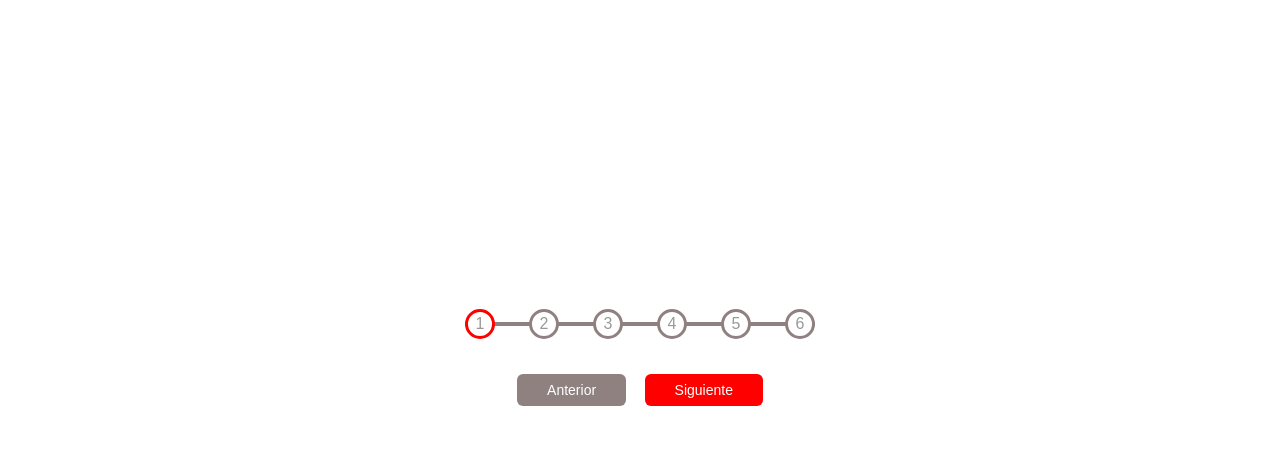
Repository: ElideZavala/Linea-de-tiempo
Page: index.html
The author's editor kept a copy of each file at every save. The page is drawn from the files as they stood at one save, then again after the next save.
The browser window is 1280 px wide. The pictures show the whole page.
Some web fonts or font styles are not loaded; a fallback is used.

Above is the page before, as saved 2021-05-28 08:54:40.

After the next save:
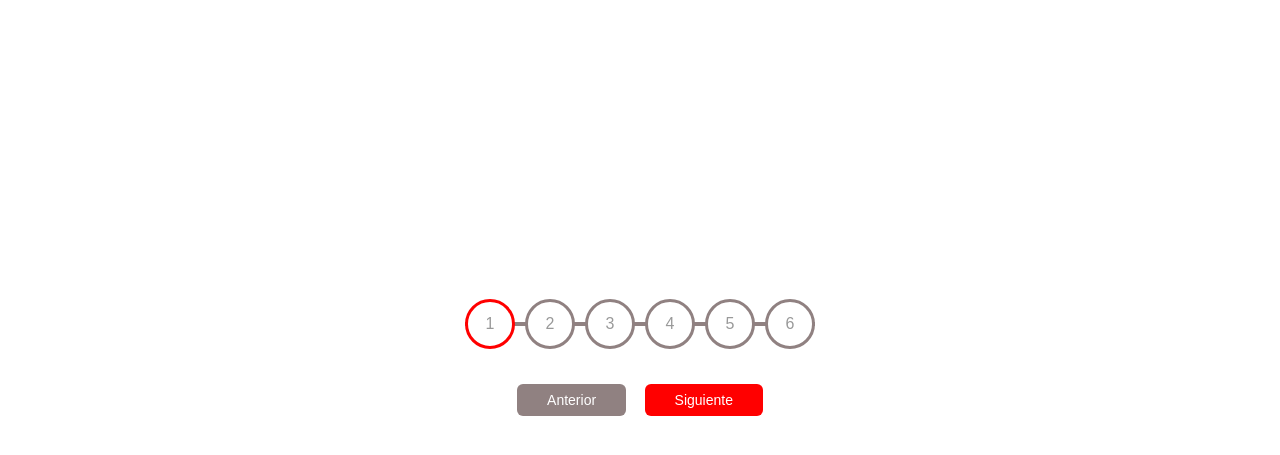
Saved 36 s later.
--- a/style.css
+++ b/style.css
@@ -64,8 +64,8 @@
 	background-color: #fff;
 	color: #999;
 	border-radius: 50%;
-	height: 30px;
-	width: 30px;
+	height: 50px;
+	width: 50px;
 	display: flex;
 	align-items: center;
 	justify-content: center;

After the save that followed:
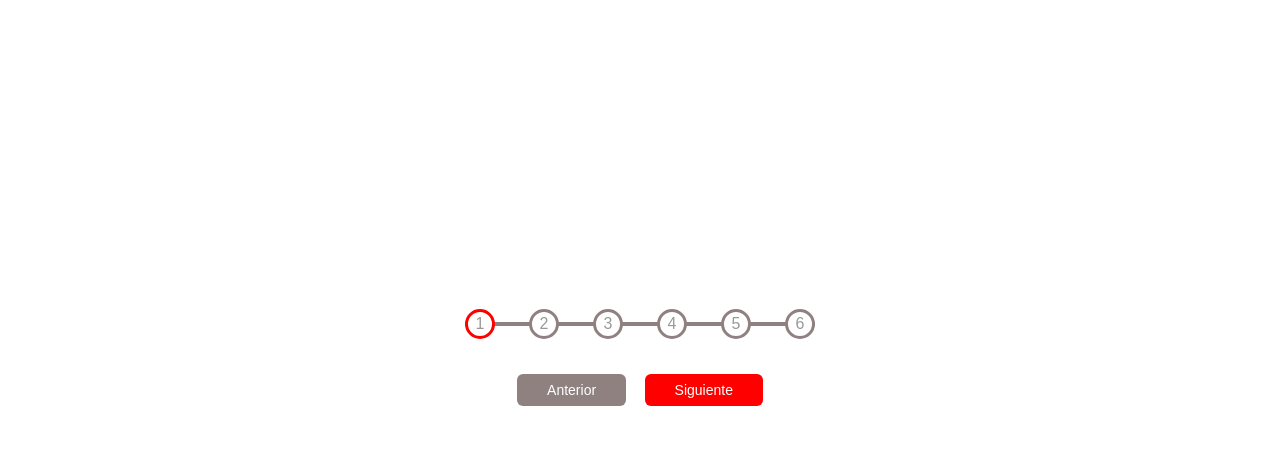
Saved 8 s later.
--- a/style.css
+++ b/style.css
@@ -64,8 +64,8 @@
 	background-color: #fff;
 	color: #999;
 	border-radius: 50%;
-	height: 50px;
-	width: 50px;
+	height: 30px;
+	width: 30px;
 	display: flex;
 	align-items: center;
 	justify-content: center;
